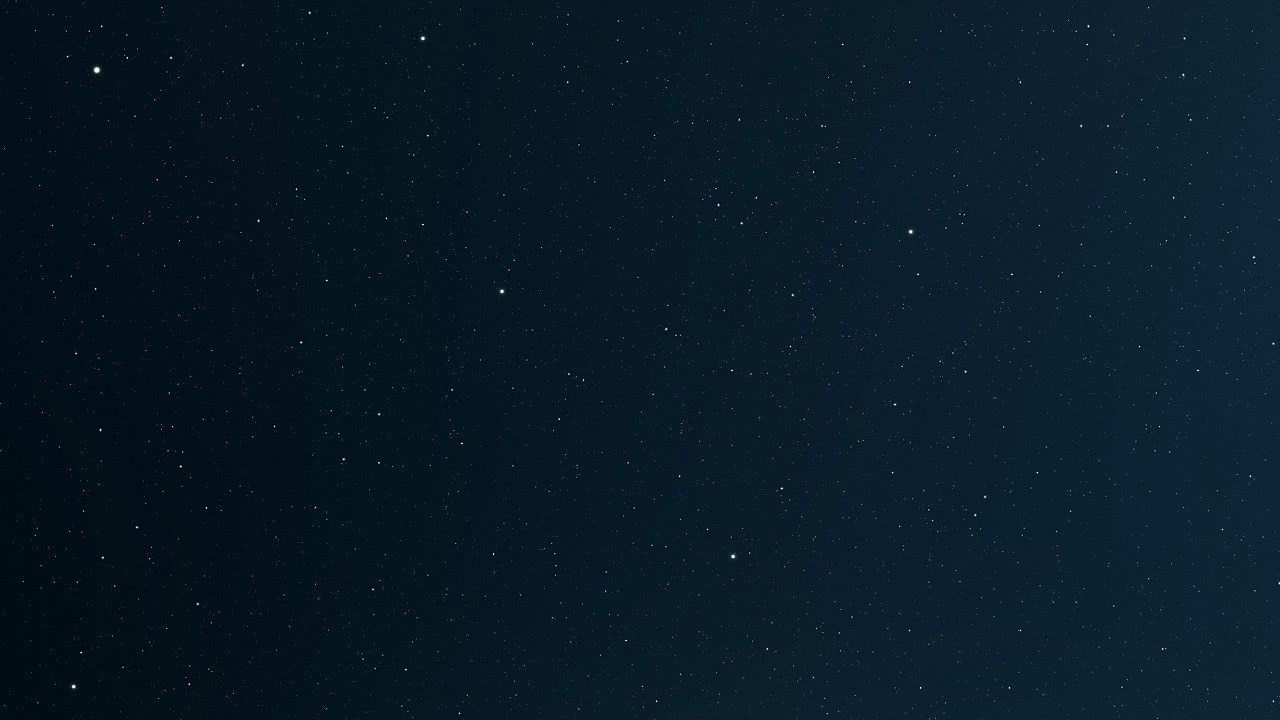
Repository: AndoresuDevs/Diplomado-Java-EE-
Page: http://localhost/Libreria_v01/Errores.jsp
An editor plug-in stored every save of this project. The page is shown before and after the next save, followed by the edit.
The browser window is 1280 px wide. The pictures show the whole page.
The page is served by Tomcat 9. Nobody is signed in. The application's start-up code is not run. Other server files are loaded and not shown.

Above is the page before, as saved 2021-12-01 18:18:35.

### Libreria v01/src/main/webapp/Errores.jsp
<%@ page language="java" contentType="text/html; charset=ISO-8859-1"
    pageEncoding="ISO-8859-1"%>
<!DOCTYPE html>
<html>
	<head>
		<meta charset="ISO-8859-1">
		<title>Error</title>
		<link rel="stylesheet" href="css/formularios.css">
	</head>
	<body background="img/formulario.jpg">
			<div class=contenedor>

			</div>
	</body>
</html>

### Libreria v01/src/main/webapp/css/formularios.css
@charset "ISO-8859-1";




* {
	margin: 0;
	padding: 0;
	box-sizing: border-box;
	font-family: 'Montserrat Alternates', sans-serif;
}

.inputs{
	width:100%;
	background:#24303c;
	padding:10px;
	border-radius:4px;
	margin-bottom:15px;
	border: 1px solid #1f53c5;
	font-size:18px;
	color:white;
}


.formulario{
	width:400px;
	background:#24303c;
	padding:30px;
	margin: auto;
	margin-top: 40px;
	margin-bottom: 50px;
	border-radius:4px;
	font-family:'roboto';
	color:white;
	box-shadow:7px 13px 37px #000;

}

h1{
	font-size:22px;
	margin-bottom:20px;

}

.txt{
	height:40px;
	font-size:20px;
	color: white;
}

.boton{
	width:100%;
	background:#1f53c5;
	border: none;
	padding:12px;
	color:white;
	margin: 16px 0;
	font-size:16px;
}

.navegar{
	color:white;
	text-align:center;
	margin-left: auto;
	margin-right: auto;
}

a{
	color:white;
}

/*ESTILO DEL SELECT*/
.content-input input,
.content-select select{
	appearance: none;
	-webkit-appearance: none;
	-moz-appearance: none;
}

.content-select select{
	appearance: none;
	-webkit-appearance: none;
	-moz-appearance: none;

}/* Eliminamos la fecha que por defecto aparece en el desplegable */
.content-select select::-ms-expand {
    display: none;
}

.content-select select{
	width: 100%;
	background:#24303c;
	padding: 10px;
	border-radius:4px;
	margin-bottom:15px;
	margin-right:15px;
	cursor: pointer;
  	border: 1px solid #1f53c5;
	color: white;
	font-size: 18px;
    transition: all 0.25s ease;
}

.content-select select:hover{
	background: #1f53c5;
}

After the next save:
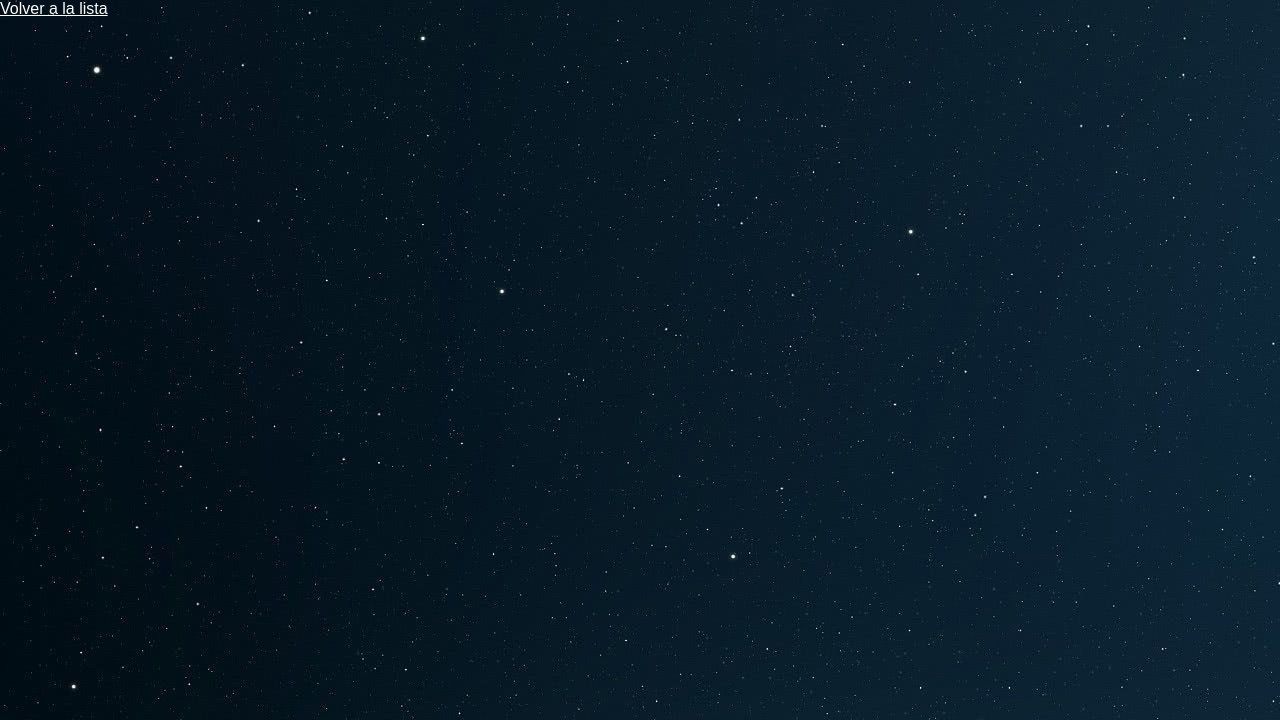
Saved 51 s later.
--- a/Libreria v01/src/main/webapp/Errores.jsp
+++ b/Libreria v01/src/main/webapp/Errores.jsp
@@ -10,6 +10,9 @@
 	<body background="img/formulario.jpg">
 			<div class=contenedor>
 
+
+
+			<a href="FormularioInsertarLibro.jsp">Volver a la lista</a>
 			</div>
 	</body>
 </html>
